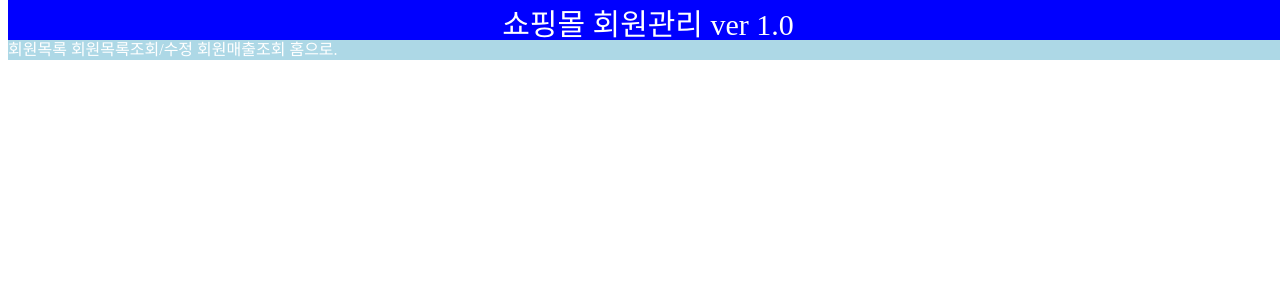
Repository: RnfElwl/youtube_infoT
Page: http://localhost/HRD_30812/
The author's editor kept a copy of each file at every save. The page is drawn from the files as they stood at one save, then again after the next save.
The browser window is 1280 px wide. The pictures show the whole page.
The page is served by Tomcat 9. Other server files are loaded and not shown.

Above is the page before, as saved 2022-03-10 14:03:51.

### HRD_30812/src/main/webapp/index.jsp
<%@ page language="java" contentType="text/html; charset=UTF-8"
    pageEncoding="UTF-8"%>
<!DOCTYPE html>
<html>
<head>
<meta charset="UTF-8">
<title>index</title>
</head>
<body>
	<header style="position:fixed; top:0px; width:100%; height:40px;
	background-color:blue; color:white;font-size:30px; text-align:center; line-height:40px '"> 쇼핑몰 회원관리 ver 1.0</header>
	<nav style="position:fixed; top:40px; width:100%; height:20px; background-color:lightblue;
	color:white; line-height:20px ">회원목록 회원목록조회/수정 회원매출조회 홈으로.</nav>
</body>
</html>

After the next save:
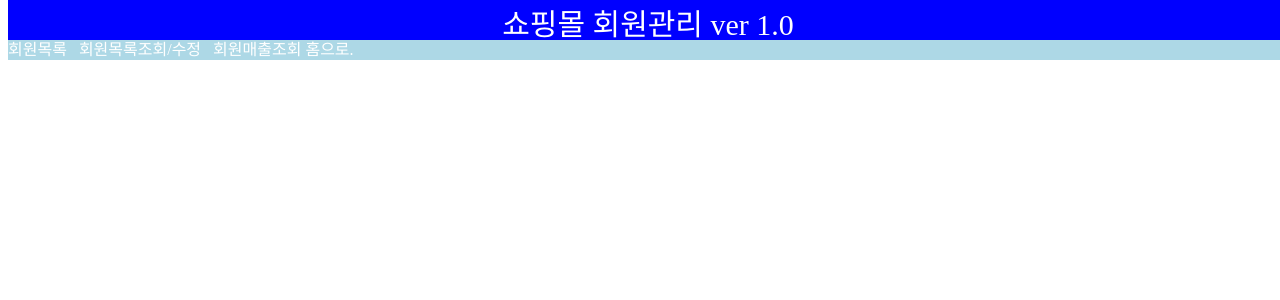
Saved 67 s later.
--- a/HRD_30812/src/main/webapp/index.jsp
+++ b/HRD_30812/src/main/webapp/index.jsp
@@ -9,7 +9,7 @@
 <body>
 	<header style="position:fixed; top:0px; width:100%; height:40px;
 	background-color:blue; color:white;font-size:30px; text-align:center; line-height:40px '"> 쇼핑몰 회원관리 ver 1.0</header>
-	<nav style="position:fixed; top:40px; width:100%; height:20px; background-color:lightblue;
-	color:white; line-height:20px ">회원목록 회원목록조회/수정 회원매출조회 홈으로.</nav>
+	<nav style="position:fixed; top:40px; width:100%; height:20px;
+	background-color:lightblue; color:white; line-height:20px ">회원목록 &nbsp; 회원목록조회/수정 &nbsp;&nbsp;회원매출조회 홈으로.</nav>
 </body>
 </html>
